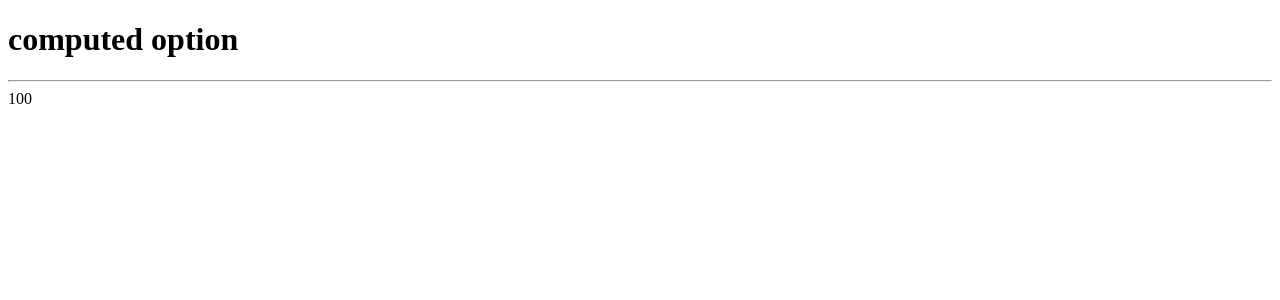
Repository: 13982720426/vue2.0-LearningNotes
Page: example/computed.html
The author's editor kept a copy of each file at every save. The page is drawn from the files as they stood at one save, then again after the next save.
The browser window is 1280 px wide. The pictures show the whole page.

Above is the page before, as saved 2021-06-25 20:04:48.

After the next save:
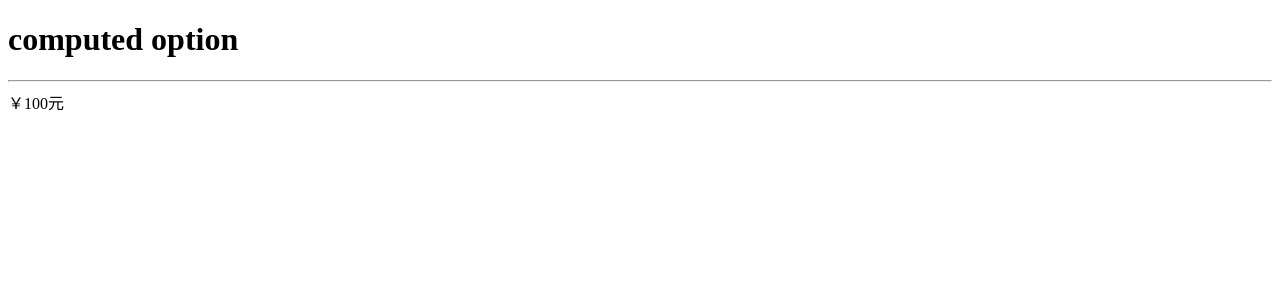
Saved 14 s later.
--- a/example/computed.html
+++ b/example/computed.html
@@ -10,7 +10,7 @@
   <body>
     <h1>computed option</h1>
     <hr />
-    <div id="app">{{price}}</div>
+    <div id="app">{{newPrice}}</div>
     <script type="text/javascript">
       var app = new Vue({
         el: '#app',
